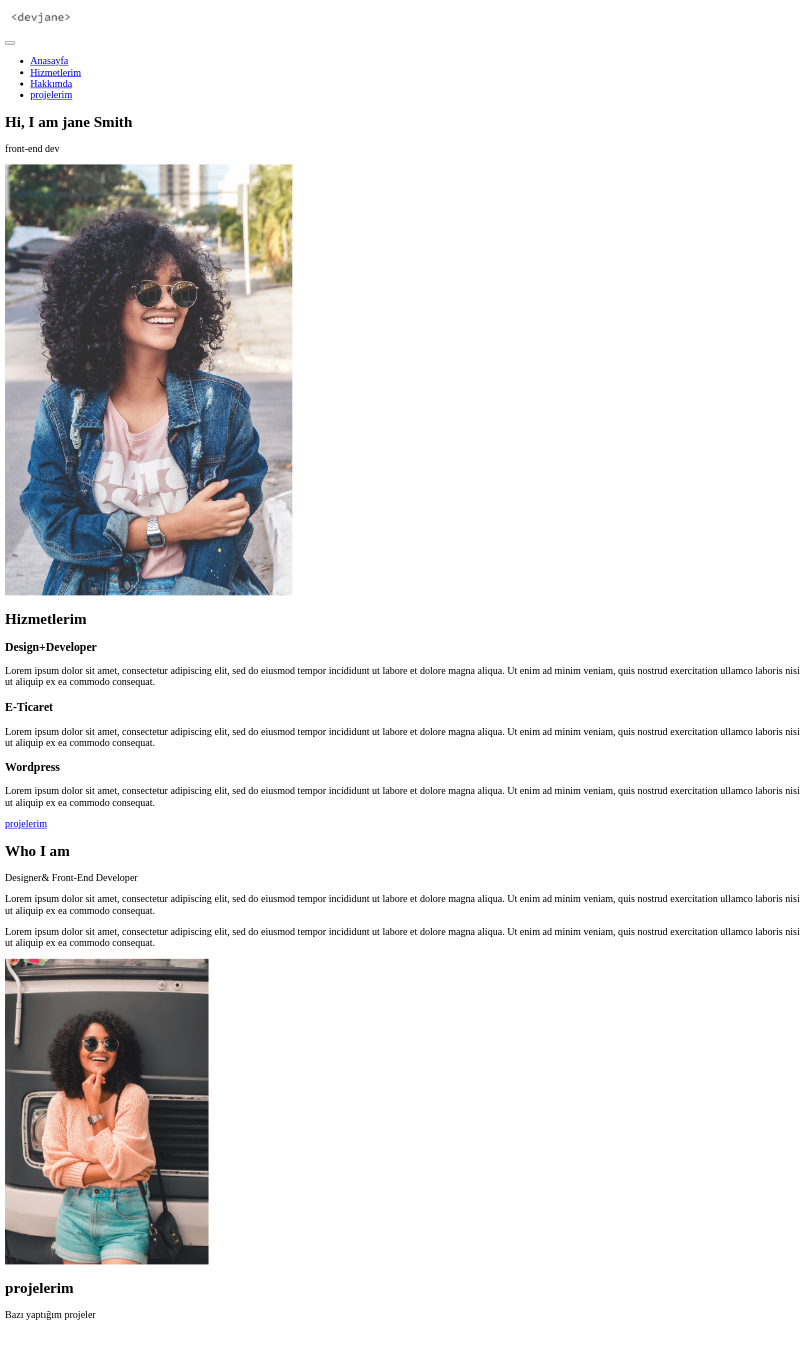
Repository: denizangin/portfolyo
Page: index.html
These files come from the project's save history. The page is drawn as it stood at one moment and after a run of saves; the edit follows.
The browser window is 1280 px wide. The pictures show the whole page, at 63% of full size.

Above is the page before, as saved 2024-08-01 04:10:01.

### index.html
<!DOCTYPE html>
<html lang="tr">

<head>
    <meta charset="UTF-8">
    <meta name="viewport" content="width=device-width, initial-scale=1.0">
    <title> jane Smith Portfolyo</title>
</head>

<body>
    <header>
        <div class="logo">
            <img src="img/DEVJANE.png" alt="logo">
        </div>

        <button class="nav-toggle">
            <span class="hamburger"></span>
        </button>

        <nav class="nav">
            <ul class="nav__list">
                <li class="nav__item">
                    <a href="#home" class="nav__link">Anasayfa</a>
                </li>
                <li class="nav__item">
                    <a href="#services" class="nav__link">Hizmetlerim</a>
                </li>
                <li class="nav__item">
                    <a href="#" class="nav__link">Hakkımda</a>
                </li>
                <li class="nav__item">
                    <a href="#" class="nav__link">projelerim</a>
                </li>
            </ul>
        </nav>


    </header>

    <!-- Introduction-->
    <section class="intro" id="home">
        <h1 class="section__title section__title--intro"> Hi, I am <strong> jane Smith </strong> </h1>
        <P class="section__titlesection__subtitle--intro"> front-end dev</P>
        <img src="img/component (3).png" alt="jane smith gülümsediği foto">
    </section>

    <!--My Services-->
    <section class="my services" id="services">
        <h2 class="section__titile section__title--services"> Hizmetlerim</h2>
        <div class="services">
            <div class="service">
                <h3> Design+Developer</h3>
                <p> Lorem ipsum dolor sit amet, consectetur adipiscing elit, sed do eiusmod tempor incididunt ut labore
                    et dolore magna aliqua. Ut enim ad minim veniam, quis nostrud exercitation ullamco laboris nisi ut
                    aliquip ex ea commodo consequat.</p>
            </div>

            <div class="service ">
                <h3>E-Ticaret</h3>
                <p>Lorem ipsum dolor sit amet, consectetur adipiscing elit, sed do eiusmod tempor incididunt ut labore
                    et dolore magna aliqua. Ut enim ad minim veniam, quis nostrud exercitation ullamco laboris nisi ut
                    aliquip ex ea commodo consequat.</p>
            </div>

            <div class="service ">
                <h3>Wordpress</h3>
                <p>Lorem ipsum dolor sit amet, consectetur adipiscing elit, sed do eiusmod tempor incididunt ut labore
                    et dolore magna aliqua. Ut enim ad minim veniam, quis nostrud exercitation ullamco laboris nisi ut
                    aliquip ex ea commodo consequat.</p>
            </div>
        </div>

        <a href="#work"> projelerim </a>

    </section>

    <!--About Me-->
    <section class="about_me" id="about">
        <h2 class="section__title section __title--about"> Who I am</h2>
        <P class="section __subtitle section__subtitle--about">Designer& Front-End Developer</P>

        <div class="about-me__body">
            <p> Lorem ipsum dolor sit amet, consectetur adipiscing elit, sed do eiusmod tempor incididunt ut labore et
                dolore magna aliqua. Ut enim ad minim veniam, quis nostrud exercitation ullamco laboris nisi ut aliquip
                ex ea commodo consequat.</p>
            <p>Lorem ipsum dolor sit amet, consectetur adipiscing elit, sed do eiusmod tempor incididunt ut labore et
                dolore magna aliqua. Ut enim ad minim veniam, quis nostrud exercitation ullamco laboris nisi ut aliquip
                ex ea commodo consequat.</p>
        </div>

        <img src="img/component.png" alt="jane ayakta fotosu">
    </section>

    <!--My Work-->
     <section class="my-work" id="work">
        <h2 class= "section__title"> projelerim </h2>
        <p class="section__subtitle"> Bazı yaptığım projeler</p>

        <div class="portfolio">
            <a href="#" class="portfolio-item">
                <img src="">
            </img>

            </a>

        </div>


     </section>











</body>

</html>

After the next 3 saves:
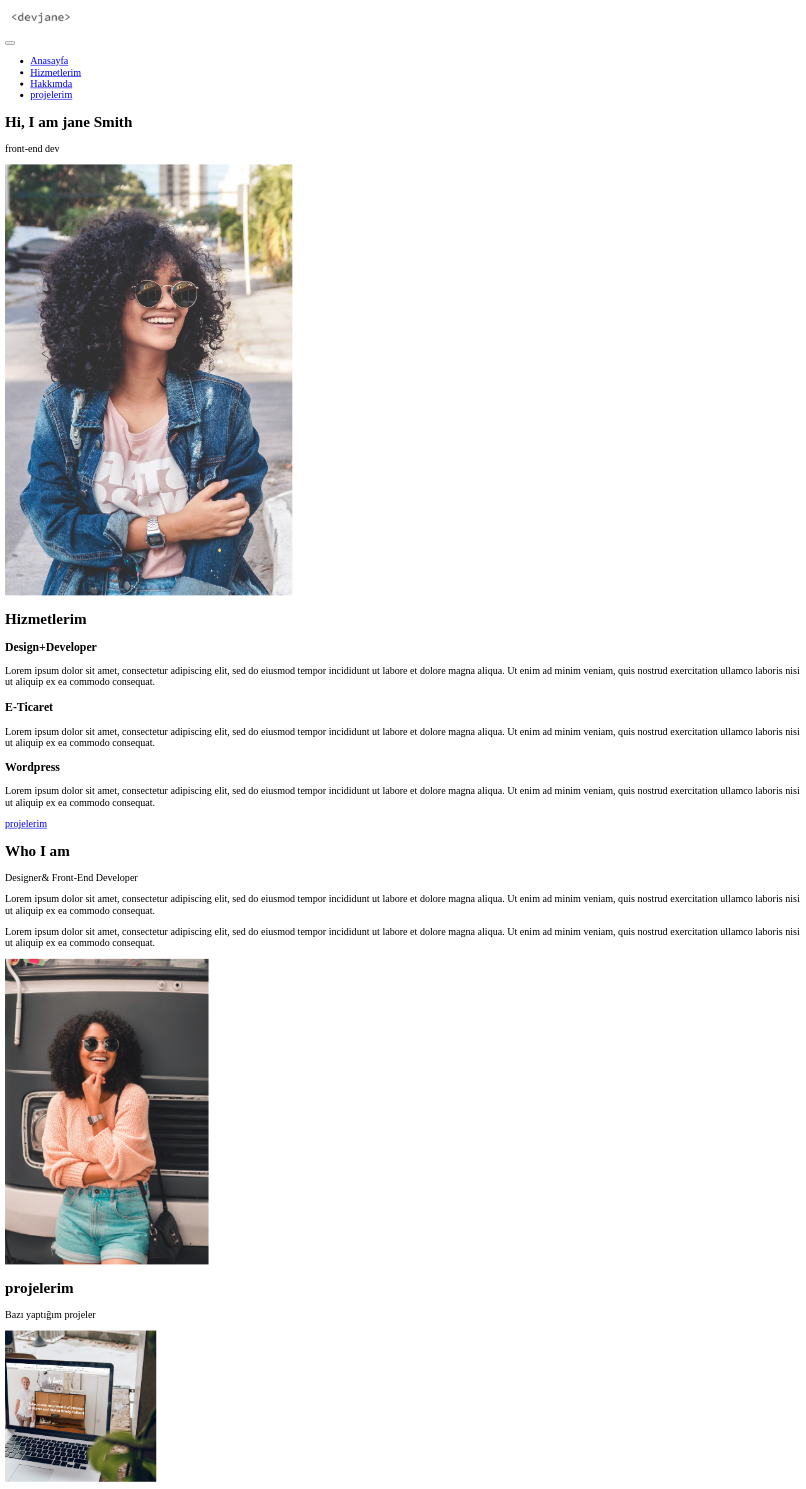
The 3 saves are shown as one change because they came seconds apart.
The last was saved 91 s later.
--- a/index.html
+++ b/index.html
@@ -98,7 +98,7 @@
 
         <div class="portfolio">
             <a href="#" class="portfolio-item">
-                <img src="">
+                <img src="img/component (15).png">
             </img>
 
             </a>
